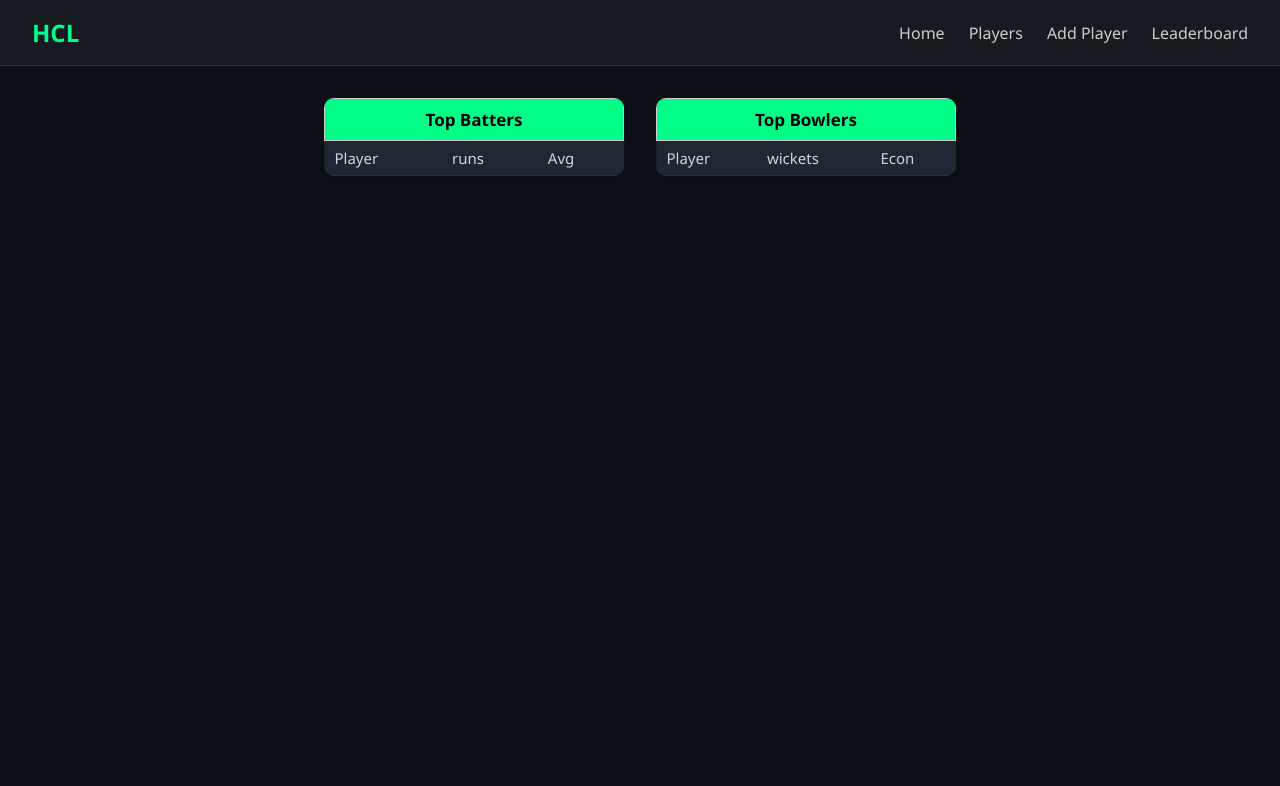
Repository: DanTastic-Dev/HCL
Page: / (app in cricket-app/)
The author's editor kept a copy of each file at every save. The page is drawn from the files as they stood at one save, then again after the next save.
The browser window is 1280 px wide. The pictures show the whole page.
The page's requests for data from a server got no answer. The project was rebuilt for these pictures with package versions that can differ from the ones it lists, and the page was loaded fresh each time. No one was signed in, and anything a server would have sent is missing. Also part of the build but not shown: cricket-app/src/components/TopPerformers.jsx, cricket-app/src/components/IntroAnimation.css, cricket-app/src/components/PlayerForm.jsx, cricket-app/src/components/PlayerTable.jsx, cricket-app/src/pages/AddPlayerPage.jsx, cricket-app/src/components/PlayerCard.jsx, cricket-app/src/pages/ViewPlayersPage.jsx, cricket-app/src/pages/LeaderboardPage.jsx and 1 more.

Above is the page before, as saved 2025-06-18 15:48:06.

### cricket-app/public/index.html
<!DOCTYPE html>
<html lang="en">
  <head>
    <meta charset="UTF-8" />
    <meta name="viewport" content="width=device-width, initial-scale=1.0"/>
    <title>Cricket Stats App</title>
  </head>
  <body>
    <div id="root"></div>
  </body>
</html>

### cricket-app/src/index.js
import React from 'react';
import ReactDOM from 'react-dom/client';
import AppWithAnimation from './AppWithAnimation';
import './index.css';

const root = ReactDOM.createRoot(document.getElementById('root'));
root.render(
    <React.StrictMode>
        <AppWithAnimation />
    </React.StrictMode>
);

### cricket-app/src/AppWithAnimation.jsx
import React, { useState } from 'react';
import App from './App';
import IntroAnimation from './components/IntroAnimation';

const AppWithAnimation = () => {
    const [showIntro, setShowIntro] = useState(true);

    return showIntro ? <IntroAnimation onComplete={() => setShowIntro(false)} /> : <App />;
};

export default AppWithAnimation;

### cricket-app/src/index.css
/* index.css */

* {
  margin: 0;
  padding: 0;
  box-sizing: border-box;
  font-family: 'Segoe UI', Tahoma, Geneva, Verdana, sans-serif;
}

body {
  background-color: #f4f6f8;
  color: #333;
}

button {
  cursor: pointer;
  background-color: #007bff;
  border: none;
  color: white;
  padding: 8px 14px;
  border-radius: 4px;
  transition: background-color 0.2s ease;
}

button:hover {
  background-color: #0056b3;
}

input {
  padding: 8px;
  margin: 4px 0;
  border-radius: 4px;
  border: 1px solid #ccc;
  width: 100%;
}

table {
  width: 100%;
  border-collapse: collapse;
}

th, td {
  padding: 12px;
  border: 1px solid #ccc;
  text-align: left;
}

th {
  background-color: #e9ecef;
}

.container {
  max-width: 1200px;
  margin: 0 auto;
  padding: 20px;
}

/* index.css */
body, html {
  margin: 0;
  padding: 0;
  background-color: #0D1117; /* Deep black */
  color: #FFFFFF;
  font-family: 'Segoe UI', sans-serif;
  min-height: 100vh;
}

### cricket-app/src/App.js
import React from "react";
import { BrowserRouter as Router, Routes, Route } from "react-router-dom";
import HomePage from "./pages/HomePage";
import AddPlayerPage from "./pages/AddPlayerPage";
import ViewPlayersPage from "./pages/ViewPlayersPage";
import LeaderboardPage from "./pages/LeaderboardPage";
import EditPlayerPage from "./pages/EditPlayerPage"; // ✅ Add this line
import Navbar from "./components/Navbar";

const App = () => {
    return (
        <Router>
            <div style={{
                backgroundColor: "#0D1117",
                color: "#FFFFFF",
                minHeight: "100vh"
            }}>
                <Navbar />
                <Routes>
                    <Route path="/" element={<HomePage />} />
                    <Route path="/add" element={<AddPlayerPage />} />
                    <Route path="/players" element={<ViewPlayersPage />} />
                    <Route path="/leaderboard" element={<LeaderboardPage />} />
                    <Route path="/edit/:id" element={<EditPlayerPage />} /> {/* ✅ Add this */}
                </Routes>
            </div>
        </Router>
    );
};

export default App;

### cricket-app/src/components/IntroAnimation.jsx
import React, { useEffect, useState, useMemo } from "react";
import "./IntroAnimation.css";

const IntroAnimation = ({ topBatter, topBowler, onComplete }) => {
  const [displayText, setDisplayText] = useState("");
  const [stepIndex, setStepIndex] = useState(0);
  const [charIndex, setCharIndex] = useState(0);
  const [isTyping, setIsTyping] = useState(true);

  // 🛡️ If required data is missing, skip the intro
  useEffect(() => {
    if (!topBatter || !topBowler) {
      console.warn("Missing topBatter or topBowler, skipping intro animation");
      onComplete?.();
    }
  }, [topBatter, topBowler, onComplete]);

  const batterAvg =
    topBatter?.innings - topBatter?.notOuts > 0
      ? (topBatter.runs / (topBatter.innings - topBatter.notOuts)).toFixed(2)
      : "-";

  const batterSR =
    topBatter?.ballsFaced > 0
      ? ((topBatter.runs / topBatter.ballsFaced) * 100).toFixed(2)
      : "-";

  const bowlerEco =
    topBowler?.overs > 0
      ? (topBowler.runsGiven / topBowler.overs).toFixed(2)
      : "-";

  const steps = useMemo(() => {
    if (!topBatter || !topBowler) return [];

    return [
      `🏏 ${topBatter.runs} runs... ${batterAvg} avg... ${batterSR} SR...`,
      `🔥 Top Run Getter`,
      `${topBatter.name}`,
      `🎯 ${topBowler.wickets} wickets... ${bowlerEco} economy...`,
      `🔥 Top Wicket Taker`,
      `${topBowler.name}`,
    ];
  }, [topBatter, topBowler, batterAvg, batterSR, bowlerEco]);

  const isNameStep = stepIndex === 2 || stepIndex === 5;
  const isTitleStep = stepIndex === 1 || stepIndex === 4;

  useEffect(() => {
    if (!steps.length || !isTyping) return;

    const currentText = steps[stepIndex];
    if (charIndex < currentText.length) {
      const timeout = setTimeout(() => {
        setDisplayText((prev) => prev + currentText[charIndex]);
        setCharIndex((prev) => prev + 1);
      }, 30);
      return () => clearTimeout(timeout);
    } else {
      setIsTyping(false);
      setTimeout(() => {
        setCharIndex(0);
        setDisplayText("");
        if (stepIndex < steps.length - 1) {
          setStepIndex((prev) => prev + 1);
          setIsTyping(true);
        } else {
          setTimeout(() => onComplete?.(), 800);
        }
      }, 1200);
    }
  }, [charIndex, isTyping, stepIndex, steps, onComplete]);

  return (
    <div
      style={{
        height: "100vh",
        backgroundColor: "#0D1117",
        color: "#00FF88",
        display: "flex",
        alignItems: "center",
        justifyContent: "center",
        fontSize: isNameStep ? "3rem" : "2.3rem",
        fontWeight: "bold",
        fontFamily: "monospace",
        letterSpacing: "1.5px",
        textAlign: "center",
        padding: "0 2rem",
        transition: "font-size 0.3s ease-in-out",
      }}
    >
      <span className={isNameStep ? "reveal-name" : isTitleStep ? "reveal-title" : ""}>
        {steps.length > 0 ? displayText : ""}
      </span>
    </div>
  );
};

export default IntroAnimation;

### cricket-app/src/pages/HomePage.jsx
import React, { useEffect, useState } from "react";
import TopPerformers from "../components/TopPerformers";
import MiniLeaderboards from "../components/MiniLeaderboards";
import IntroAnimation from "../components/IntroAnimation";

const HomePage = () => {
  const [players, setPlayers] = useState([]);
  const [showIntro, setShowIntro] = useState(false);
  const [topBatter, setTopBatter] = useState(null);
  const [topBowler, setTopBowler] = useState(null);

  useEffect(() => {
    const hasPlayedIntro = sessionStorage.getItem("hasPlayedIntro");

    fetch("http://localhost:5000/players")
      .then((res) => res.json())
      .then((data) => {
        setPlayers(data);

        const sortedBatters = [...data].sort((a, b) => b.runs - a.runs);
        const sortedBowlers = [...data].sort((a, b) => b.wickets - a.wickets);

        setTopBatter(sortedBatters[0]);
        setTopBowler(sortedBowlers[0]);

        // Only show intro if it hasn't already played
        if (!hasPlayedIntro) {
          setShowIntro(true);
        }
      });
  }, []);

  const handleIntroComplete = () => {
    sessionStorage.setItem("hasPlayedIntro", "true");
    setShowIntro(false);
  };

  return (
    <div style={{ backgroundColor: "#0D1117", color: "#FFFFFF", minHeight: "100vh" }}>
      {showIntro && topBatter && topBowler ? (
        <IntroAnimation
          topBatter={topBatter}
          topBowler={topBowler}
          onComplete={handleIntroComplete}
        />
      ) : (
        <>
          <TopPerformers players={players} />
          <MiniLeaderboards players={players} />
        </>
      )}
    </div>
  );
};

export default HomePage;

### cricket-app/src/components/Navbar.jsx
// src/components/Navbar.js
import React from "react";
import { Link } from "react-router-dom";

const Navbar = () => {
    return (
        <nav style={{
            backgroundColor: "#161B22",
            padding: "1rem 2rem",
            display: "flex",
            alignItems: "center",
            justifyContent: "space-between",
            borderBottom: "1px solid #2D333B",
            position: "sticky",
            top: 0,
            zIndex: 1000
        }}>
            <div style={{ fontSize: "1.5rem", fontWeight: "bold", color: "#00FF88" }}>
                HCL
            </div>
            <div style={{ display: "flex", gap: "1.5rem" }}>
                <Link to="/" style={navLinkStyle}>Home</Link>
                <Link to="/players" style={navLinkStyle}>Players</Link>
                <Link to="/add" style={navLinkStyle}>Add Player</Link>
                <Link to="/leaderboard" style={navLinkStyle}>Leaderboard</Link>
            </div>
        </nav>
    );
};

const navLinkStyle = {
    color: "#ccc",
    textDecoration: "none",
    fontSize: "1rem",
    transition: "color 0.3s",
};

export default Navbar;

### cricket-app/src/components/MiniLeaderboards.jsx
import React from "react";

const MiniLeaderboards = ({ players }) => {
    const topBatters = [...players].sort((a, b) => b.runs - a.runs).slice(0, 5);
    const topBowlers = [...players].sort((a, b) => b.wickets - a.wickets).slice(0, 5);

    const getBattingAverage = (player) =>
        player.innings - player.notOuts > 0
            ? (player.runs / (player.innings - player.notOuts)).toFixed(2)
            : "-";

    const getEconomy = (player) =>
        player.overs > 0
            ? (player.runsGiven / player.overs).toFixed(2)
            : "-";

    const headerCellStyle = {
        padding: "7px 10px",
        textAlign: "left",
        color: "#d1d5db",
        backgroundColor: "#1f2733",
        borderBottom: "1px solid #2D333B",
        borderTop: "none",
        borderLeft: "none",
        borderRight: "none",
        outline: "none",
        boxShadow: "none",
        fontWeight: 500
    };

    const cellStyle = {
        padding: "7px 10px",
        fontWeight: 500
    };

    return (
        <div style={{
            display: "flex",
            justifyContent: "center",
            flexWrap: "wrap",
            gap: "2rem",
            padding: "2rem",
            backgroundColor: "#0D1117",
            color: "#d1d5db"
        }}>
            {[{ title: "Top Batters", data: topBatters, keys: ["runs", "Avg"] }, { title: "Top Bowlers", data: topBowlers, keys: ["wickets", "Econ"] }].map((section, i) => (
                <div
                    key={i}
                    style={{
                        transition: 'transform 0.3s ease, box-shadow 0.3s ease',
                        borderRadius: "10px",
                        backgroundColor: "#1C222A",
                        boxShadow: "0 4px 12px rgba(0,0,0,0.3)",
                        overflow: "hidden",
                        width: "300px"
                    }}
                    onMouseEnter={(e) => {
                        e.currentTarget.style.transform = 'translateY(-4px)';
                        e.currentTarget.style.boxShadow = '0 0 10px rgba(0, 255, 136, 0.5)';
                    }}
                    onMouseLeave={(e) => {
                        e.currentTarget.style.transform = 'translateY(0)';
                        e.currentTarget.style.boxShadow = '0 4px 12px rgba(0,0,0,0.3)';
                    }}
                >
                    <table style={{
                        width: "100%",
                        borderCollapse: "collapse",
                        fontSize: "15px",
                        color: "#d1d5db"
                    }}>
                        <thead>
                            <tr>
                                <th colSpan="3" style={{
                                    backgroundColor: "#00FF88",
                                    color: "#000",
                                    padding: "9px",
                                    fontSize: "17px",
                                    fontWeight: "bold",
                                    textAlign: "center"
                                }}>
                                    {section.title}
                                </th>
                            </tr>
                            <tr>
                                <th style={headerCellStyle}>Player</th>
                                <th style={headerCellStyle}>{section.keys[0]}</th>
                                <th style={headerCellStyle}>{section.keys[1]}</th>
                            </tr>
                        </thead>
                        <tbody>
                            {section.data.map((player, idx) => (
                                <tr key={player._id} style={{ borderBottom: "1px solid #1a1a1a" }}>
                                    <td style={cellStyle}>{idx + 1}. {player.name}</td>
                                    <td style={cellStyle}>
                                        {section.keys[0] === "runs" ? player.runs : player.wickets}
                                    </td>
                                    <td style={cellStyle}>
                                        {section.keys[1] === "Avg"
                                            ? getBattingAverage(player)
                                            : getEconomy(player)}
                                    </td>
                                </tr>
                            ))}
                        </tbody>
                    </table>
                </div>
            ))}
        </div>
    );
};

export default MiniLeaderboards;

After the next save:
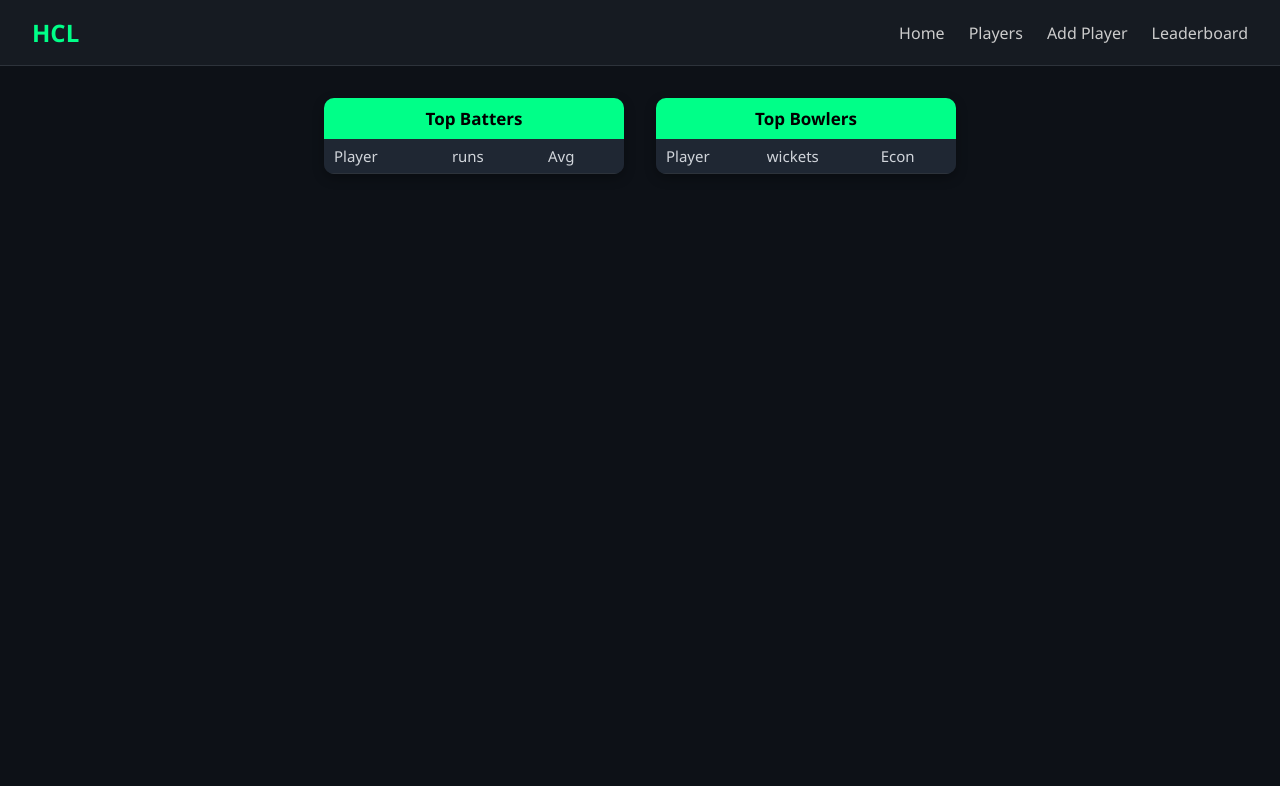
Saved 70 s later.
--- a/cricket-app/src/components/MiniLeaderboards.jsx
+++ b/cricket-app/src/components/MiniLeaderboards.jsx
@@ -14,23 +14,19 @@ const MiniLeaderboards = ({ players }) => {
             ? (player.runsGiven / player.overs).toFixed(2)
             : "-";
 
-    const headerCellStyle = {
+    const cellStyle = {
         padding: "7px 10px",
-        textAlign: "left",
-        color: "#d1d5db",
-        backgroundColor: "#1f2733",
-        borderBottom: "1px solid #2D333B",
-        borderTop: "none",
-        borderLeft: "none",
-        borderRight: "none",
+        fontWeight: 500,
+        border: "none",
         outline: "none",
-        boxShadow: "none",
-        fontWeight: 500
+        backgroundColor: "transparent"
     };
 
-    const cellStyle = {
-        padding: "7px 10px",
-        fontWeight: 500
+    const headerCellStyle = {
+        ...cellStyle,
+        backgroundColor: "#1f2733",
+        color: "#d1d5db",
+        borderBottom: "1px solid #2D333B"
     };
 
     return (
@@ -67,7 +63,9 @@ const MiniLeaderboards = ({ players }) => {
                         width: "100%",
                         borderCollapse: "collapse",
                         fontSize: "15px",
-                        color: "#d1d5db"
+                        color: "#d1d5db",
+                        border: "none",
+                        outline: "none"
                     }}>
                         <thead>
                             <tr>
@@ -77,7 +75,9 @@ const MiniLeaderboards = ({ players }) => {
                                     padding: "9px",
                                     fontSize: "17px",
                                     fontWeight: "bold",
-                                    textAlign: "center"
+                                    textAlign: "center",
+                                    border: "none",
+                                    outline: "none"
                                 }}>
                                     {section.title}
                                 </th>
@@ -90,7 +90,9 @@ const MiniLeaderboards = ({ players }) => {
                         </thead>
                         <tbody>
                             {section.data.map((player, idx) => (
-                                <tr key={player._id} style={{ borderBottom: "1px solid #1a1a1a" }}>
+                                <tr key={player._id} style={{
+                                    borderBottom: "1px solid #1a1a1a"
+                                }}>
                                     <td style={cellStyle}>{idx + 1}. {player.name}</td>
                                     <td style={cellStyle}>
                                         {section.keys[0] === "runs" ? player.runs : player.wickets}
